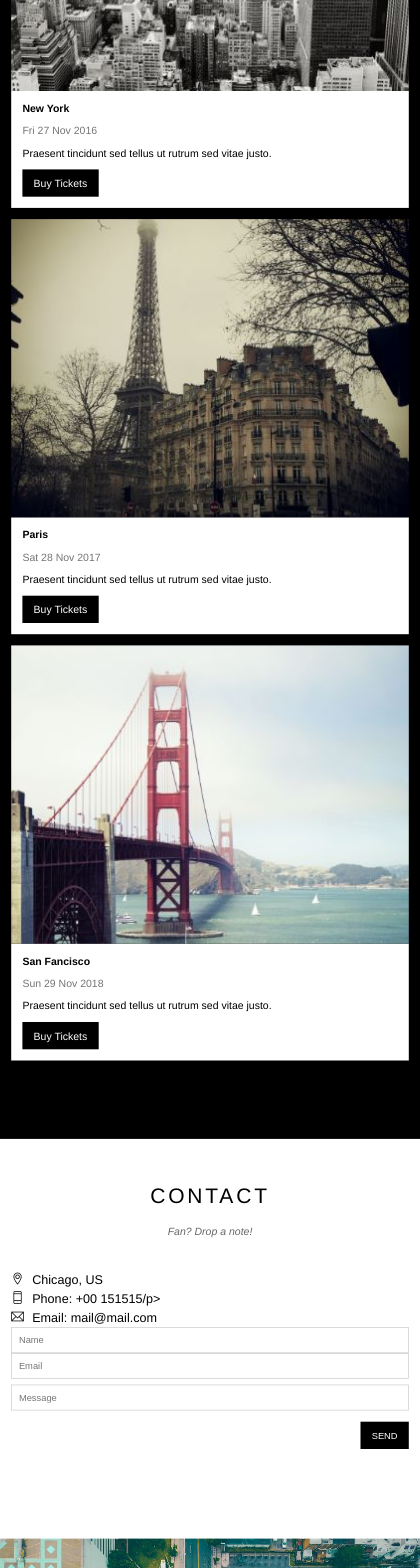
Repository: ThinhTran2k/BigBang-Band-Website
Page: index.html
These files come from the project's save history. The page is drawn as it stood at one moment and after the next save; the edit follows.
The browser window is 600 px wide. The pictures show the part of the page from y = 4260 to 6500 px (the page is 6988 px tall before and 7004 px after), at 70% of full size.

Above is the page before, as saved 2021-03-16 18:21:58.
Console error: TypeError: Cannot set properties of undefined (setting 'onclick')

### index.html
<!DOCTYPE html>
<html lang="en">
<head>
    <meta charset="UTF-8">
    <meta http-equiv="X-UA-Compatible" content="IE=edge">
    <meta name="viewport" content="width=device-width, initial-scale=1.0">
    <title>Brand</title>
    <link rel="icon" href="asset/img/favicon.png" type="image/x-icon" />
    <link rel="stylesheet" href="./asset/css/style.css">
    <link rel="stylesheet" href="./asset/css/responsive.css">
    <link rel="stylesheet" href="./asset/font/themify-icons/themify-icons.css">
</head>
<body>
    <div class="wrapper">
        <div class="header">
            <!-- Navigation -->
            <ul class="nav row-block">
                <li><a href="#">Home</a></li>
                <li><a href="#band">Band</a></li>
                <li><a href="#tour">Tour</a></li>
                <li><a href="#contact">Contact</a></li>
                <li>
                    <a href="#">
                        More
                        <i class="nav-arrow-icon ti-angle-down"></i>
                    </a>
                    <ul class="subnav">
                        <li><a href="#">Merchandise</a></li>
                        <li><a href="#">Extras</a></li>
                        <li><a href="#">Media</a></li>
                    </ul>
                </li>
            </ul>

            <!-- Search -->
            <div class="header__search">
                <i class="header__search-icon ti-search"> </i>
            </div>

            <div class="mobi-menu-responsive">
                <i class="menu-icon ti-menu"></i>
            </div>
        </div>

        <div class="slider">
            <div class="text-content">
                <h2 class="text-heading">New York</h2>
                <div class="text-description">The atmosphere in New York is lorem ipsum.</div>
            </div>
        </div>

        <div class="content" >
            <div class="content-section" id="band">
                <h2 class="section-heading">THE BAND</h2>
                <p class="section-subheading">We love music</p>
                <p class="about">We have created a fictional band website. Lorem ipsum dolor sit amet, consectetur adipiscing elit, sed do eiusmod tempor
                incididunt ut labore et dolore magna aliqua. Ut enim ad minim veniam, quis nostrud exercitation ullamco laboris nisi ut
                aliquip ex ea commodo consequat. Duis aute irure dolor in reprehenderit in voluptate velit esse cillum dolore eu fugiat
                nulla pariatur. Excepteur sint occaecat cupidatat non proident, sunt in culpa qui officia deserunt mollit anim id est
                laborum consectetur adipiscing elit, sed do eiusmod tempor incididunt ut labore et dolore magna aliqua. Ut enim ad minim
                veniam, quis nostrud exercitation ullamco laboris nisi ut aliquip ex ea commodo consequat.
                </p>

                <div class="row member-list member-list-resp">
                    <div class="member-item member-item-resp">
                        <p class="member-name">T.O.P</p>
                        <img src="./asset/img/T.O.P.jpg" alt="name" class="member-img">
                    </div>
                    <div class="member-item member-item-resp">
                        <p class="member-name">Taeyong</p>
                        <img src="./asset/img/Taeyong.jpg" alt="name" class="member-img">
                    </div>
                    <div class="member-item member-item-resp">
                        <p class="member-name">G-Dragon</p>
                        <img src="./asset/img/G-dragon.jpg" alt="name" class="member-img">
                    </div>
                    <div class="member-item member-item-resp">
                        <p class="member-name">Deasung</p>
                        <img src="./asset/img/Deasung.jpg" alt="name" class="member-img">
                    </div>
                    <div class="member-item member-item-resp">
                        <p class="member-name">Seungri</p>
                        <img src="./asset/img/Seung-hyun.png" alt="name" class="member-img">
                    </div>
                </div>
            </div>
            <div class="content-section--black" id="tour">
                <div class="content-section">
                    <h2 class="section-heading text-white">TOUR DATES</h2>
                    <p class="section-subheading text-white">Remember to book your tickets!</p>
                    <!-- Tickets -->
                    <ul class="tickets-list">
                        <li>September <span class="sold-out">Sold out</span></li>
                        <li>October <span class="sold-out">Sold out</span></li>
                        <li>November <span class="quantity">3</span></li>
                    </ul>
                    <!-- Places -->
                    <div class="row place-list row-block">
                        <div class="col col-third s-col-full mt-16">
                            <img src="./asset/img/newyork.jpg" alt="place" class="place-img">
                            <div class="place-content">
                                <h3 class="place-heading">New York</h3>
                                <p class="place-time">Fri 27 Nov 2016</p>
                                <p class="place-desc">Praesent tincidunt sed tellus ut rutrum sed vitae justo.</p>
                                <a href="#" class="place-buy-btn">Buy Tickets</a>
                            </div>
                        </div>
                        <div class="col col-third s-col-full mt-16">
                            <img src="./asset/img/paris.jpg" alt="place" class="place-img">
                            <div class="place-content">
                                <h3 class="place-heading">Paris</h3>
                                <p class="place-time">Sat 28 Nov 2017</p>
                                <p class="place-desc">Praesent tincidunt sed tellus ut rutrum sed vitae justo.</p>
                                <a href="#" class="place-buy-btn">Buy Tickets</a>
                            </div>
                        </div>
                        <div class="col col-third s-col-full mt-16">
                            <img src="./asset/img/sanfran.jpg" alt="place" class="place-img">
                            <div class="place-content">
                                <h3 class="place-heading">San Fancisco</h3>
                                <p class="place-time">Sun 29 Nov 2018</p>
                                <p class="place-desc">Praesent tincidunt sed tellus ut rutrum sed vitae justo.</p>
                                <a href="#" class="place-buy-btn">Buy Tickets</a>
                            </div>
                        </div>
                    </div>
                </div>
            </div>
            <div class="content-section" id="contact">
                <h2 class="section-heading">CONTACT</h2>
                <p class="section-subheading">Fan? Drop a note!</p>

                <div class="row contact-content row-block">
                    <div class="col col-half s-col-full contact-infor">
                        <p><i class="ti-location-pin"></i>Chicago, US</p>
                        <p><i class="ti-mobile"></i>Phone: +00 151515/p>
                        <p><i class="ti-email"></i>Email: mail@mail.com</p>
                    </div>
                    <div class="col col-half s-col-full contact-form">
                        <form action="">
                            <div class="row row-block">
                                <div class="col col-half s-col-full">
                                    <input type="text" name="" id="" class="form-control" required placeholder="Name">
                                </div>
                                <div class="col col-half s-col-full">
                                    <input type="email" name="" id="" class="form-control" required placeholder="Email">
                                </div>
                            </div>
                            <div class="row mt-8">
                                <div class="col col-full">
                                    <input type="text" name="" id="" class="form-control" required placeholder="Message">
                                </div>
                            </div>
                            <input type="submit" value="SEND" class="form-btn">
                        </form>
                    </div>
                </div>
            </div>

            <div class="map-section" >
                <img src="./asset/img/map.jpg" alt="map">
            </div>
        </div>

        <div class="footer">
            <div class="social-list">
                <a href=""><i class="ti-facebook"></i></a>
                <a href=""><i class="ti-instagram"></i></a>
                <a href=""><i class="ti-pinterest"></i></a>
                <a href=""><i class="ti-linkedin"></i></a>
                <a href=""><i class="ti-twitter-alter"></i></a>
                <a href=""><i class="ti-dropbox-alt"></i></a>
            </div>
            <p class="copyright">Powered by <a href="#">w3.css</a></p>
        </div>
    </div>

    <script>
        // Tự động thay đổi kích thước khi chọn btn menu
        var headerE = document.querySelector('.header');
        var headerHeight = headerE.clientHeight;
        var menuE = document.querySelector('.mobi-menu-responsive');
        menuE.onclick = function () {
            var status = headerE.clientHeight == headerHeight;
            if(status){
                headerE.style.height = 'auto'
            }else{
                headerE.style.height = null;
            }
        }
        // Tự động đóng khi chọn menu
        var menuItems = document.querySelectorAll('ul li a[href*="#"]');
        for(var i = 0; i<= menuItems.length; i++){
            var menuItem = menuItems[i];

            menuItem.onclick = function (e) {
                var isParentMenu = this.nextElementSibling && this.nextElementSibling.classList.contains('subnav');
                if(isParentMenu){
                    e.preventDefault();
                }else{
                    headerE.style.height = null;
                }
            }
        }


    </script>
</body>
</html>

### asset/css/style.css
/* Reset CSS */
*{
    padding: 0;
    margin: 0;
    box-sizing: border-box;
}

html {
    scroll-behavior: smooth;
    font-family: Helvetica, Arial , sans-serif;
}

/* Common css */
.text-white {
    color: #fff !important;
}
.row {
    display: flex;
    justify-content: space-between;
    margin-left: -8px;
    margin-right: -8px;
}
.col {
    padding: 0 8px;
}
.col-third {
    width: 33.33%;
}
.col-half {
    width: 50%;
}
.col-full {
    width: 100%;
}
.mt-8 {
    margin-top: 8px;
}
.mt-16 {
    margin-top: 16px;
}
/* end */

/* Main */
.wrapper {

}

.header {
    position: fixed;
    top: 0;
    left: 0;
    right: 0;
    z-index: 1;
    height: 46px;
    background-color: #000;
}

.nav {
    display: inline-block;
}
.nav .subnav {
    display: none;
    position: absolute;
    top: 100%;
    left: 0;
    min-width: 160px;
    background-color: #fff;
    box-shadow: 0 0 10px rgba(0, 0, 0, 0.3);
}
.nav, .subnav {
    list-style: none;
}
.nav .subnav li:hover, .nav > li:hover > a {
    color: #000;
    background-color: #ccc;
}
.nav .subnav a {
    line-height: 38px;
    padding: 0 16px;
    color: #000;
}

.nav li:hover .subnav {
    display: block;
}
.nav > li {
    display: inline-block;
}
.nav > li > a {
    text-transform: uppercase;
    color: #fff;
}
.nav li{
    position: relative;
}
.nav li a {
    display: block;
    cursor: pointer;
    padding: 0 24px;
    line-height: 46px;
    text-decoration: none;
}
.nav-arrow-icon {
    font-size: 14px;
}

.mobi-menu-responsive {
    position: absolute;
    top: 0;
    right: 0;
}
.header .header__search,
.header .mobi-menu-responsive {
    display: none;
    float: right;
    padding: 0 21px;
    line-height: 46px;
}
.header .header__search:hover {
    cursor: pointer;
    background-color: #f44336;
}
.header .mobi-menu-responsive:hover {
    background-color: #ccc;
}
.header .menu-icon:hover {
    color: #000;
}
.header .menu-icon,
.header__search-icon {
    color: #fff;
    font-size: 20px;
}

.slider {
    position: relative;
    margin-top: 46px;
    padding-top: 50%;
    background-image: url('/asset/img/slider2.jpg');
    background-size: cover;
    background-repeat: no-repeat;
    background-position: top center;
}
.text-content {
    position: absolute;
    color: #fff;
    bottom: 48px;
    left: 50%;
    transform: translateX(-50%);
    text-align: center;
}
.text-heading {
    font-weight: 500;
}
.text-description {
    padding-top: 15px;
}


.content {

}
.content-section {
    width: 800px;
    max-width: 100%;
    margin: 0 auto;
    padding: 64px 16px 112px;
}
.section-heading {
    font-weight: 500;
    font-size: 30px;
    text-align: center;
    letter-spacing: 4px;
}
.section-subheading {
    font-size: 15px;
    text-align: center;
    margin-top: 25px;
    font-style: italic;
    opacity: 0.6;
}
.about {
    margin-top: 25px;
    font-size: 15px;
    text-align: justify;
    line-height: 1.5;
}
.member-list {
    margin-top: 38px;
    padding: 32px 0;
}
.member-item {
    display: flex;
    flex-direction: column;
    align-items: center;
    justify-content: center;
    width: 20%;
}
.member-item .member-name {
    margin-bottom: 15px;
}
.member-item .member-img {
    border-radius: 5px;
    width: 150px;
    object-fit: contain;
}
.content-section--black {
    background-color: #000;
}
.tickets-list {
    list-style: none;
    margin-top: 40px;
    background-color: #fff;
}
.tickets-list li {
    color: #757575;
    font-size: 15px;
    padding: 11px 16px;
    border-bottom: 1px solid #ddd;
}
.sold-out {
    background-color: #f44336;
    padding: 3px 4px;
    color: #fff;
    margin-left: 16px;
}
.quantity {
    float: right;
    width: 24px;
    height: 24px;
    line-height: 24px;
    text-align: center;
    border-radius: 50%;
    background-color: #000;
    color: #fff;
}
.place-list {
    margin-top: 16px;
}
.place-img {
    display: block;
    width: 100%;
}
.place-img:hover { opacity: 0.6;}
.place-content {
    font-size: 15px;
    padding: 16px;
    background-color: #fff;
}
.place-heading {
    font-size: 15px;
    font-weight: 600;
}
.place-time {
    color: #757575;
    margin-top: 15px;
}
.place-desc {
    margin-top: 15px;
}
.place-buy-btn {
    display: inline-block;
    color: #fff;
    background-color: #000;
    padding: 11px 16px;
    margin-top: 15px;
    text-decoration: none;
}
.place-buy-btn:hover {color: #000; background-color: #ccc;}
/* Contact Form */
.contact-content {
    margin-top: 48px;
}
.contact-infor {
    font-size: 18px;
    line-height: 1.5;
}
.contact-infor i[class*="ti-"] { width: 30px; display: inline-block;}
.contact-form {
    font-size: 15px;
}
.form-control {
    padding: 10px;
    border: 1px solid #ccc;
    width: 100%;
}

.form-btn {
    display: block;
    margin-left: auto;
    margin-top: 16px;
    margin-bottom: 16px;
    padding: 12px 16px;
    text-align: right;
    border:none;
    color: #fff;
    background-color: #000;
}
.form-btn:hover { background-color: #ccc; cursor: pointer;color: #000;}
/* Map */
.map-section img {
    width: 100%;
}

.footer {
    padding: 64px 16px;
    text-align: center;
}
.footer .social-list {
    font-size: 24px;
}
.footer .social-list a {text-decoration: none; color: rgba(0, 0, 0, 0.6);}
.footer .social-list a:hover ,.footer .copyright a:hover { color: rgba(0, 0, 0, 0.4);}
.footer .copyright {
    margin-top: 15px;
    font-size: 15px;
    color: rgba(0, 0, 0, 0.6);
}
.footer .copyright a {
    color: rgba(0, 0, 0, 0.6);
}

### asset/css/responsive.css
/* Mobile */
@media (max-width: 740px) {
    .header .header__search {
        display: none;
    }
    .header .mobi-menu-responsive {
        display: block;
    }
    .header {
        overflow: hidden;
    }
    .nav > li {
        display: block;
    }
    .nav .subnav {
        position: initial;
        background-color: #333;
    }
    .nav .subnav a {
        color: #fff;
        padding: 5px 40px;
    }
    .nav > li:first-child {
        display: inline-block;
    }
    .member-list-resp {
        display: block;
        margin-top: 0;
    }
    .member-item-resp {
        padding-top: 35px;
        width: 100%;
    }
    .member-item .member-img {
        width: 60%;
    }
    .s-col-full {
        width: 100%;
    }
    .place-img {
        height: 60%;
    }
    .row-block {
        display: block;
    }
    .contact-form {
        mat
    }
}

Loaded but not shown: asset/font/themify-icons/themify-icons.css (common file)

After the next save:
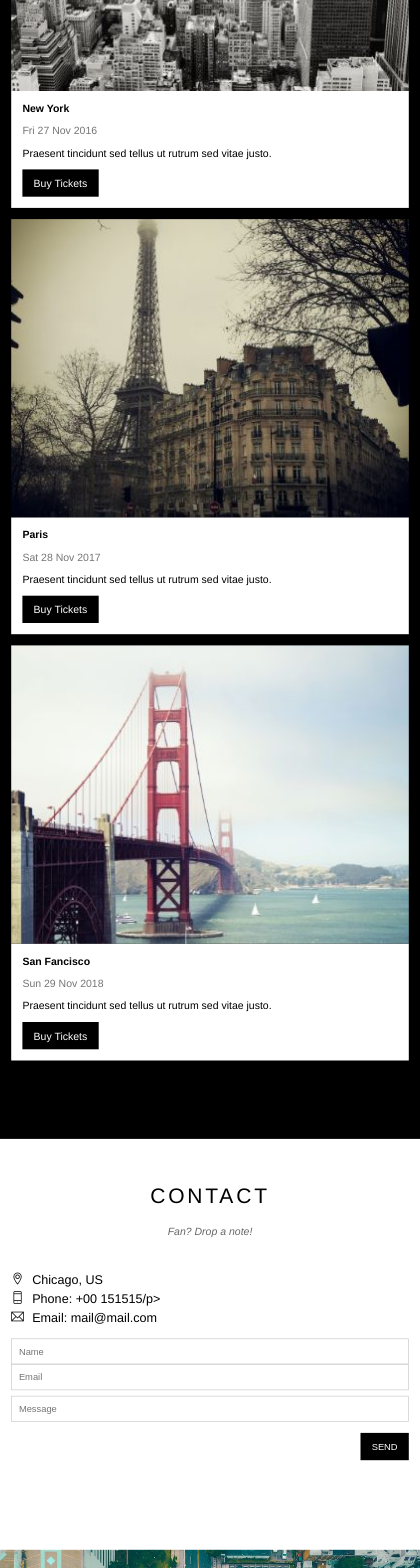
Saved 4 s later.
--- a/asset/css/responsive.css
+++ b/asset/css/responsive.css
@@ -44,6 +44,6 @@
         display: block;
     }
     .contact-form {
-        mat
+        margin-top: 16px;
     }
 }
